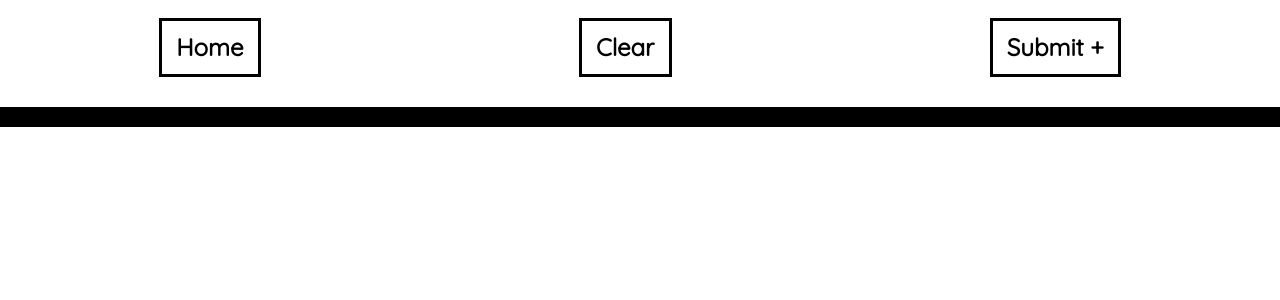
Repository: rickypcyt/WebMural
Page: /
An editor plug-in stored every save of this project. The page is shown before and after the next save, followed by the edit.
The browser window is 1280 px wide. The pictures show the whole page.
The project was rebuilt for these pictures with package versions that can differ from the ones it lists, and the page was loaded fresh each time.

Above is the page before, as saved 2022-09-12 13:23:10.

After the next save:
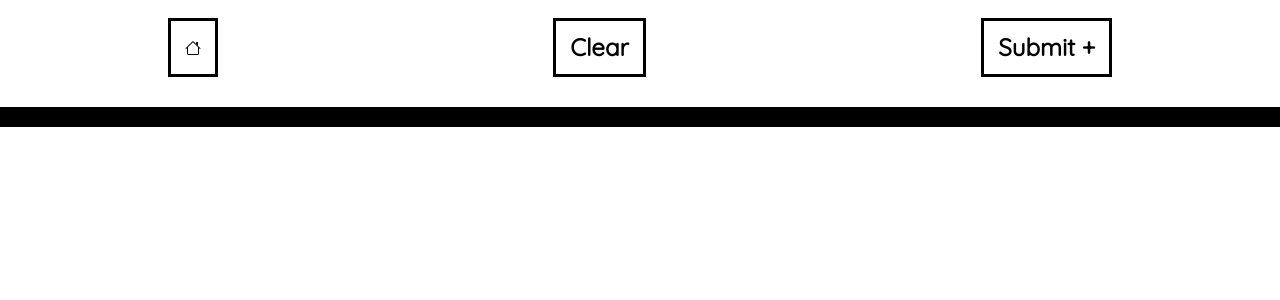
Saved 102 s later.
--- a/src/Pages/WebMural.js
+++ b/src/Pages/WebMural.js
@@ -31,7 +31,23 @@ const UploadAndDisplayImage = () => {
       <nav className="cabeceranavi">
         <ol>
           <div CustomLink to="/" className="oli">
-            Home
+            <svg
+              xmlns="http://www.w3.org/2000/svg"
+              width="16"
+              height="16"
+              fill="currentColor"
+              class="bi bi-house"
+              viewBox="0 0 16 16"
+            >
+              <path
+                fill-rule="evenodd"
+                d="M2 13.5V7h1v6.5a.5.5 0 0 0 .5.5h9a.5.5 0 0 0 .5-.5V7h1v6.5a1.5 1.5 0 0 1-1.5 1.5h-9A1.5 1.5 0 0 1 2 13.5zm11-11V6l-2-2V2.5a.5.5 0 0 1 .5-.5h1a.5.5 0 0 1 .5.5z"
+              />
+              <path
+                fill-rule="evenodd"
+                d="M7.293 1.5a1 1 0 0 1 1.414 0l6.647 6.646a.5.5 0 0 1-.708.708L8 2.207 1.354 8.854a.5.5 0 1 1-.708-.708L7.293 1.5z"
+              />
+            </svg>
           </div>
           <nav className="oli" onClick={() => handleImageChange(null)}>
             Clear
